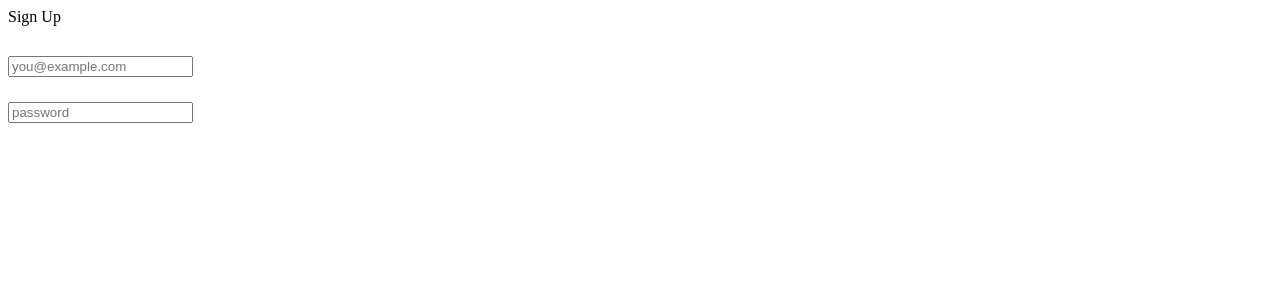
Repository: terameta/com.luckynode.cloud
Page: client/partials/authentication/signupModal.html
The author's editor kept a record of every edit. The page is drawn from the files as they stood at one moment, then again after the next edit.
The browser window is 1280 px wide. The pictures show the whole page.

Above is the page before.

### client/partials/authentication/signupModal.html
<div id="loginbox">
	<div class="panel panel-info" style="margin:0;padding:0">
		<div class="panel-heading">
			<div class="panel-title">Sign Up</div>
		</div>
		<div class="panel-body" style="padding-top:30px;">
			<div style="display:none" id="signup-alert" class="alert alert-danger col-sm-12"></div>
			<form id="signupform" class="form-horizontal" role="form" ng-submit="registerModalController.submit(_email, _password)">
				<div class="input-group" style="margin-bottom:25px;">
					<span class="input-group-addon"><i class="glyphicon glyphicon-user"></i></span>
					<input type="email" ng-model="_email" placeholder="you@example.com" class="form-control" />
				</div>
				<div class="input-group" style="margin-bottom:25px;">
					<span class="input-group-addon"><i class="glyphicon glyphicon-lock"></i></span>
					<input type="password" ng-model="_password" placeholder="password" class="form-control" />
				</div>
			</form>
		</div>
	</div>
</div>
<!--


				<div style="margin-top:10px" class="form-group">
					<div class="col-sm-12 controls">
						<button type="submit" class="btn btn-success btn-sm">Sign Up</button>
						<a id="btn-login" href="#" class="btn btn-danger btn-sm">Cancel</a>
					</div>
				</div>
-->

<!--div id="loginbox" style="margin:0;padding:0">
		<div class="panel panel-info">
			<div class="panel-heading">
				<div class="panel-title">Sign In</div>
				<div style="float:right; font-size: 80%; position: relative; top:-10px"><a href="#">Forgot password?</a>
				</div>
			</div>
			<div style="padding-top:30px" class="panel-body">

				<div style="display:none" id="login-alert" class="alert alert-danger col-sm-12"></div>

				<form id="loginform" class="form-horizontal" role="form">


					<div style="margin-top:10px" class="form-group">

						<div class="col-sm-12 controls">
							<a id="btn-login" href="#" class="btn btn-success">Login  </a>
							<a id="btn-fblogin" href="#" class="btn btn-primary">Login with Facebook</a>

						</div>
					</div>


					<div class="form-group">
						<div class="col-md-12 control">
							<div style="border-top: 1px solid#888; padding-top:15px; font-size:85%">
								Don't have an account!
								<a href="#" onClick="$('#loginbox').hide(); $('#signupbox').show()">
                                            Sign Up Here
                                        </a>
							</div>
						</div>
					</div>
				</form>
			</div>

		</div>
	</div-->
<!--div id="signupbox" style="display:none;">
		<div class="panel panel-info">
			<div class="panel-heading">
				<div class="panel-title">Sign Up</div>
				<div style="float:right; font-size: 85%; position: relative; top:-10px"><a id="signinlink" href="#" onclick="$('#signupbox').hide(); $('#loginbox').show()">Sign In</a>
				</div>
			</div>
			<div class="panel-body">
				<form id="signupform" class="form-horizontal" role="form">
					<div id="signupalert" style="display:none" class="alert alert-danger">
						<p>Error:</p>
						<span></span>
					</div>
					<div class="form-group">
						<label for="email" class="col-md-3 control-label">Email</label>
						<div class="col-md-9">
							<input type="text" class="form-control" name="email" placeholder="Email Address">
						</div>
					</div>

					<div class="form-group">
						<label for="firstname" class="col-md-3 control-label">First Name</label>
						<div class="col-md-9">
							<input type="text" class="form-control" name="firstname" placeholder="First Name">
						</div>
					</div>
					<div class="form-group">
						<label for="lastname" class="col-md-3 control-label">Last Name</label>
						<div class="col-md-9">
							<input type="text" class="form-control" name="lastname" placeholder="Last Name">
						</div>
					</div>
					<div class="form-group">
						<label for="password" class="col-md-3 control-label">Password</label>
						<div class="col-md-9">
							<input type="password" class="form-control" name="passwd" placeholder="Password">
						</div>
					</div>
					<div class="form-group">
						<label for="icode" class="col-md-3 control-label">Invitation Code</label>
						<div class="col-md-9">
							<input type="text" class="form-control" name="icode" placeholder="">
						</div>
					</div>
					<div class="form-group">
						<div class="col-md-offset-3 col-md-9">
							<button id="btn-signup" type="button" class="btn btn-info"><i class="icon-hand-right"></i> &nbsp Sign Up</button>
							<span style="margin-left:8px;">or</span>
						</div>
					</div>
					<div style="border-top: 1px solid #999; padding-top:20px" class="form-group">
						<div class="col-md-offset-3 col-md-9">
							<button id="btn-fbsignup" type="button" class="btn btn-primary"><i class="icon-facebook"></i>   Sign Up with Facebook</button>
						</div>
					</div>
				</form>
			</div>
		</div>
	</div-->

After the next edit:
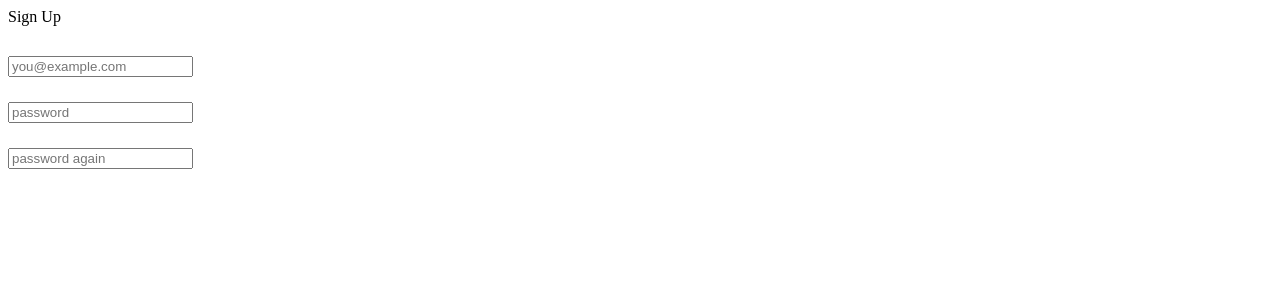
The edit:
--- a/client/partials/authentication/signupModal.html
+++ b/client/partials/authentication/signupModal.html
@@ -14,6 +14,11 @@
 					<span class="input-group-addon"><i class="glyphicon glyphicon-lock"></i></span>
 					<input type="password" ng-model="_password" placeholder="password" class="form-control" />
 				</div>
+				<div class="input-group" style="margin-bottom:25px;">
+					<span class="input-group-addon"><i class="glyphicon glyphicon-lock"></i></span>
+					<input type="password" ng-model="_passworda" placeholder="password again" class="form-control" />
+				</div>
+
 			</form>
 		</div>
 	</div>
